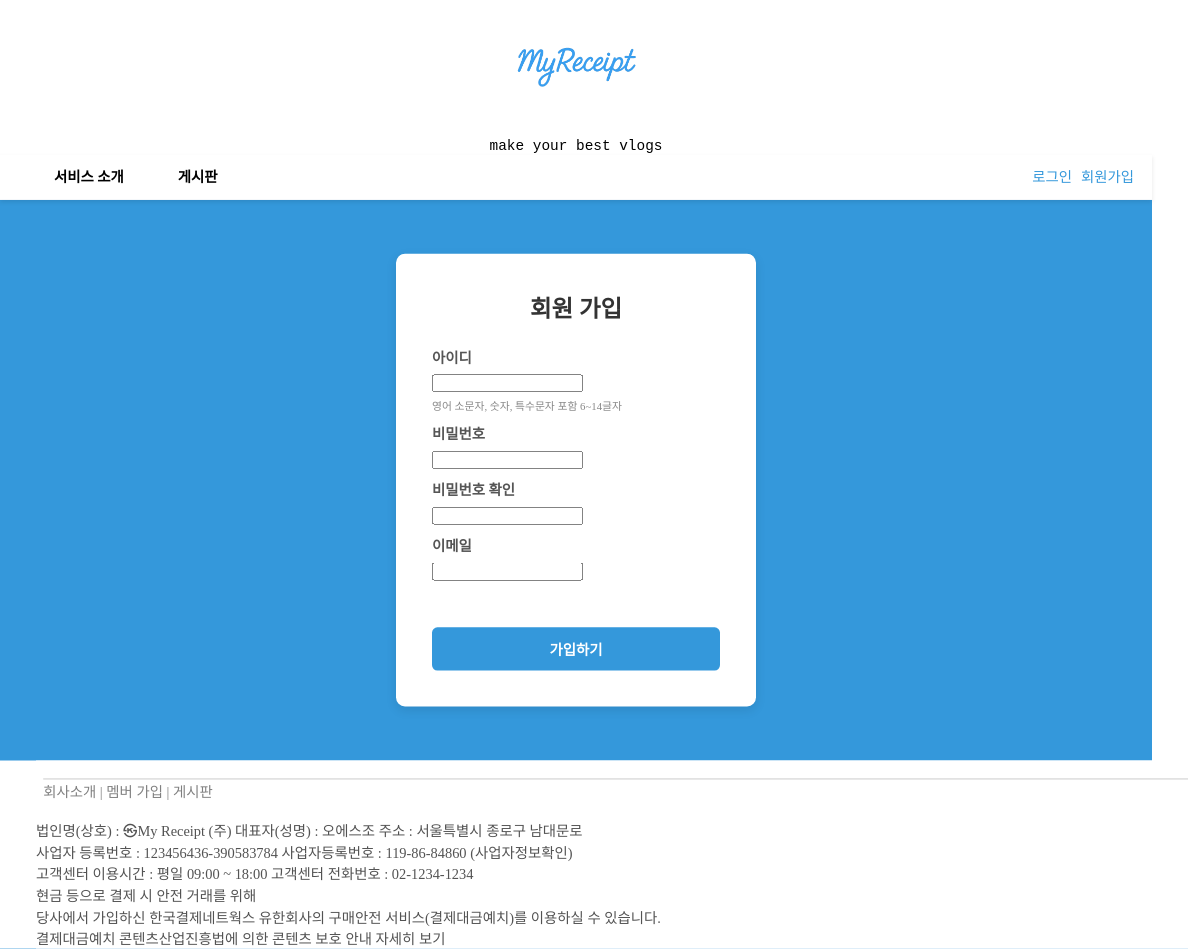
Repository: shong69/mini-project
Page: http://localhost/myReceipt2/signup
An editor plug-in stored every save of this project. The page is shown before and after the next save, followed by the edit.
The browser window is 1280 px wide. The page is 1320 px wide, so the pictures cover 1320 px, including what lies to the right of the window. The pictures show the whole page, at 90% of full size.
Some web fonts or font styles are not loaded; a fallback is used. The page is served by Tomcat 10.

Above is the page before, as saved 2025-05-06 21:05:29.

After the next save:
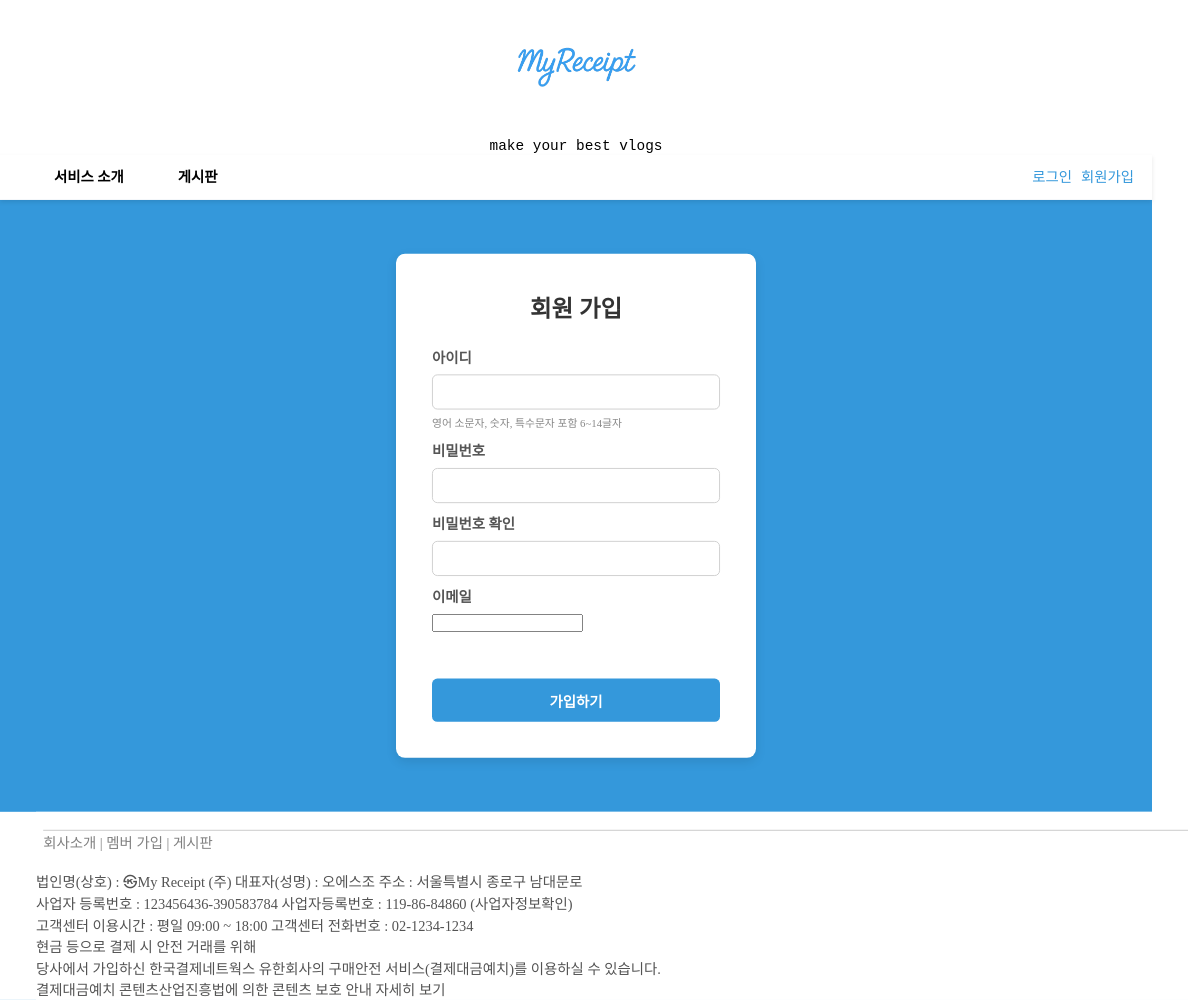
Saved 12 s later.
--- a/jspProject/myReceipt2/src/main/webapp/WEB-INF/views/sign.jsp
+++ b/jspProject/myReceipt2/src/main/webapp/WEB-INF/views/sign.jsp
@@ -37,9 +37,7 @@
 
 /* 입력창 */
 .signup-form input[type="text"],
-.signup-form input[type="password"],
-.signup=form input[type="email"]
-{
+.signup-form input[type="password"]{
     width: 100%;
     padding: 10px;
     margin-top: 3px;
